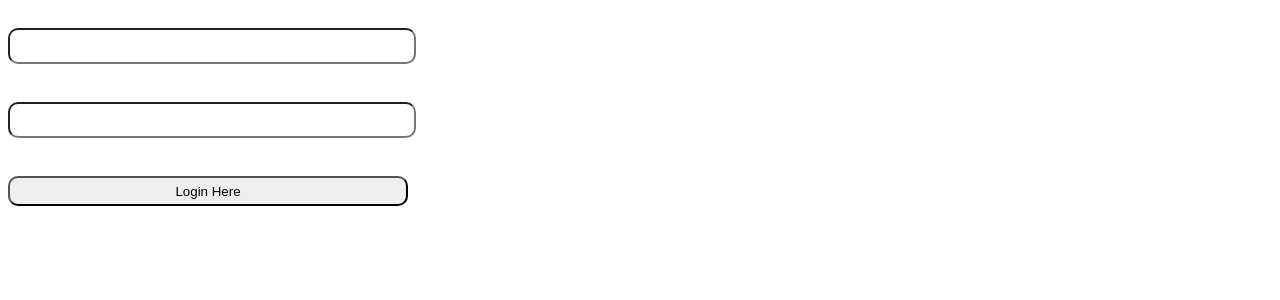
Repository: vaibhaokamble/MY_INSTITUTE_PUNE
Page: SERVLET/LoginServerApplication/src/main/webapp/login.html
These files come from the project's save history. The page is drawn as it stood at one moment and after the next save; the edit follows.
The browser window is 1280 px wide. The pictures show the whole page.

Above is the page before, as saved 2022-10-18 09:34:28.

### SERVLET/LoginServerApplication/src/main/webapp/login.html
<!DOCTYPE html>
<html>
<head>
<meta charset="UTF-8">
<title>Insert title here</title>
<link rel="stylesheet" href="css/style.css" />
</style>
</head>
<body>
	<form name='frm' action='login' method='POST'>
		<input type='text' name='name' value='' class='control' /> <br>
		<br> <input type='password' name='pass' value='' class='control' />
		<br> <br> <input type='submit' name='s' value='Login Here'
			class='control' />
</body>
</html>

### SERVLET/LoginServerApplication/src/main/webapp/css/style.css
@charset "UTF-8";


.control {
	width: 400px;
	height: 30px;
	border-radius:10px;
	margin-top:20px;
}

After the next save:
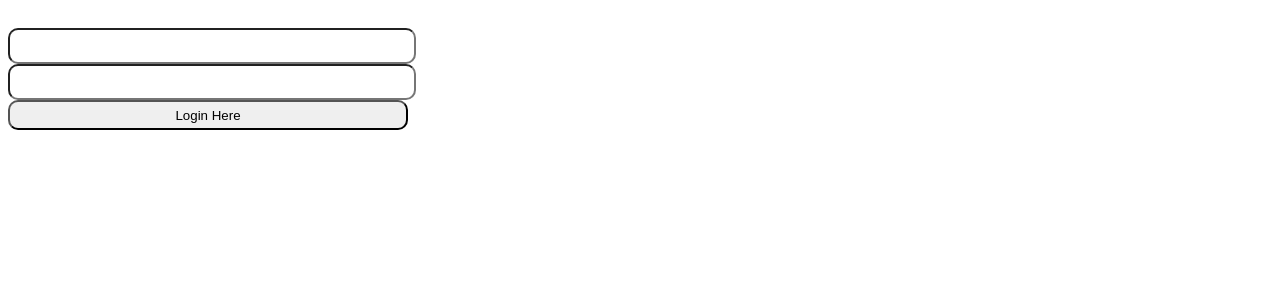
Saved 25 s later.
--- a/SERVLET/LoginServerApplication/src/main/webapp/css/style.css
+++ b/SERVLET/LoginServerApplication/src/main/webapp/css/style.css
@@ -6,4 +6,5 @@
 	height: 30px;
 	border-radius:10px;
 	margin-top:20px;
+	position:absolute;
 }

After the save that followed:
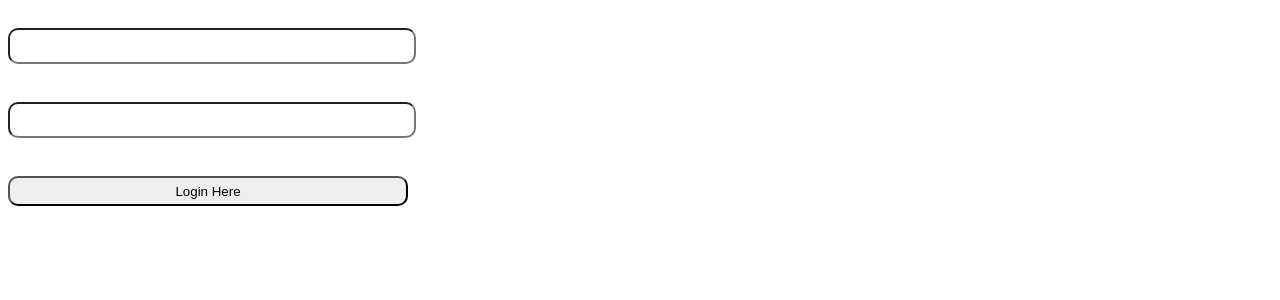
Saved 11 s later.
--- a/SERVLET/LoginServerApplication/src/main/webapp/css/style.css
+++ b/SERVLET/LoginServerApplication/src/main/webapp/css/style.css
@@ -6,5 +6,4 @@
 	height: 30px;
 	border-radius:10px;
 	margin-top:20px;
-	position:absolute;
 }
